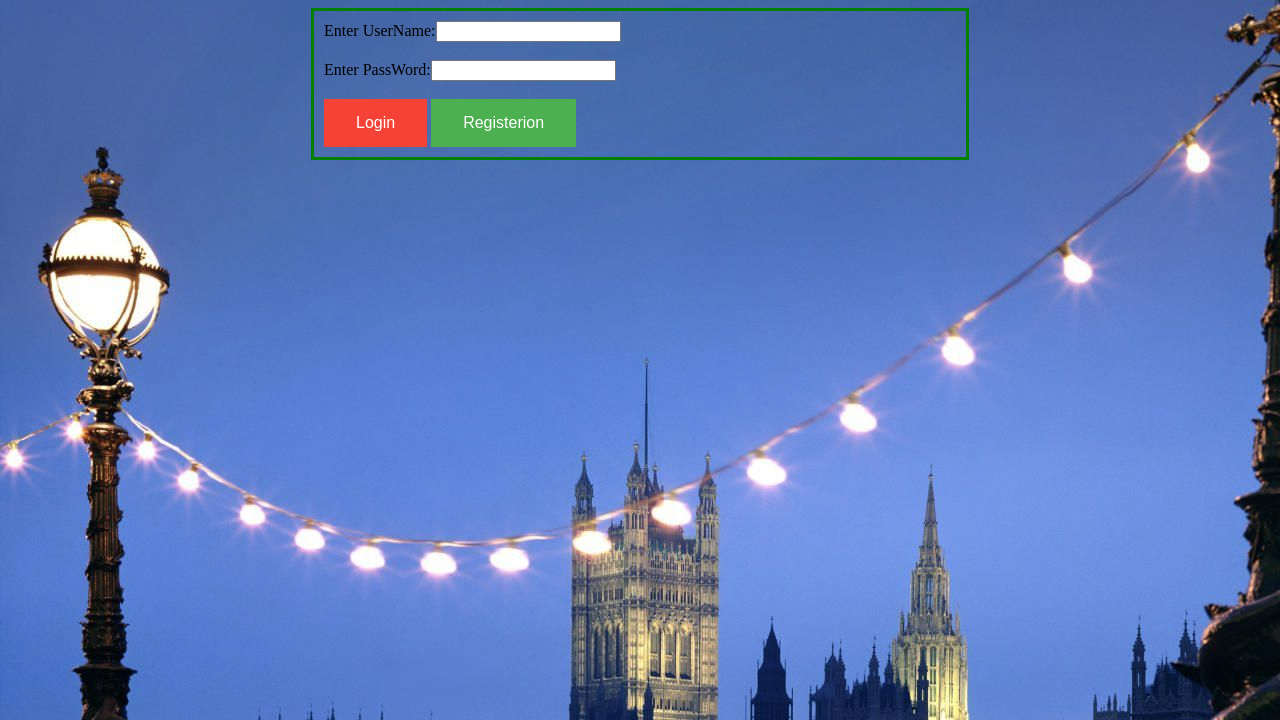
Repository: srikanthModugu/jdbc-servlet-jsp
Page: SutudentRegistration/WebContent/LoginPage.html
These files come from the project's save history. The page is drawn as it stood at one moment and after the next save; the edit follows.
The browser window is 1280 px wide. The pictures show the whole page.

Above is the page before, as saved 2017-10-02 14:34:32.

### SutudentRegistration/WebContent/LoginPage.html
<!DOCTYPE html>
<html>
<head>
<style type="text/css">
.button {
    background-color: #4CAF50; /* Green */
    border: none;
    color: white;
    padding: 15px 32px;
    text-align: center;
    text-decoration: none;
    display: inline-block;
    font-size: 16px;
}
 .center {
    margin: auto;
    width: 50%;
    border: 3px solid green;
    padding: 10px;
    top: 20px;
}
.button1 {background-color: #f44336;}
</style>
<meta charset="UTF-8">
<title>Insert title here</title>
</head>

<body  background="secongBg.jpg">
<form action="login" method="get" class="center">

Enter UserName:<input type="text" name="Uname"/><br><br>
Enter PassWord:<input type="text" name="passWord"/><br><br>
 <input class="button button1" type="submit" value="Login"/>
  <button class="button" type="submit" formaction="Registration.html">Registerion</button>

</form>

</body>
</html>

After the next save:
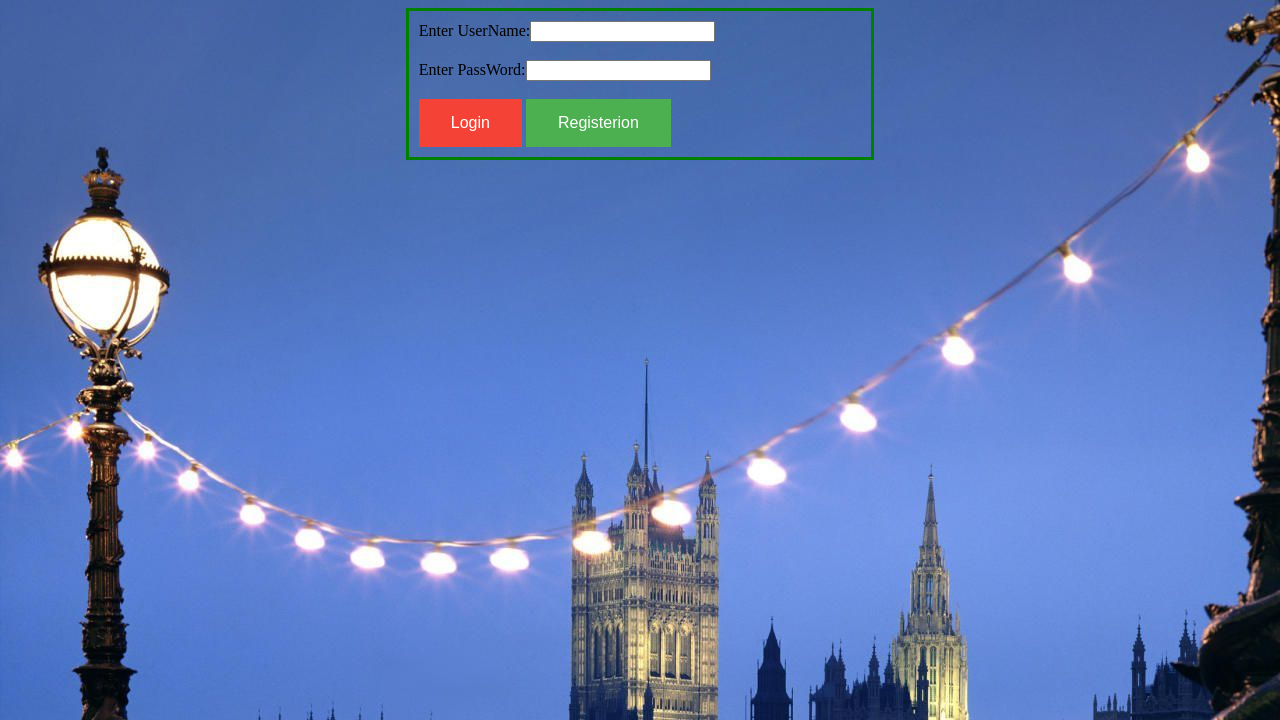
Saved 78 s later.
--- a/SutudentRegistration/WebContent/LoginPage.html
+++ b/SutudentRegistration/WebContent/LoginPage.html
@@ -14,7 +14,7 @@
 }
  .center {
     margin: auto;
-    width: 50%;
+    width: 35%;
     border: 3px solid green;
     padding: 10px;
     top: 20px;
